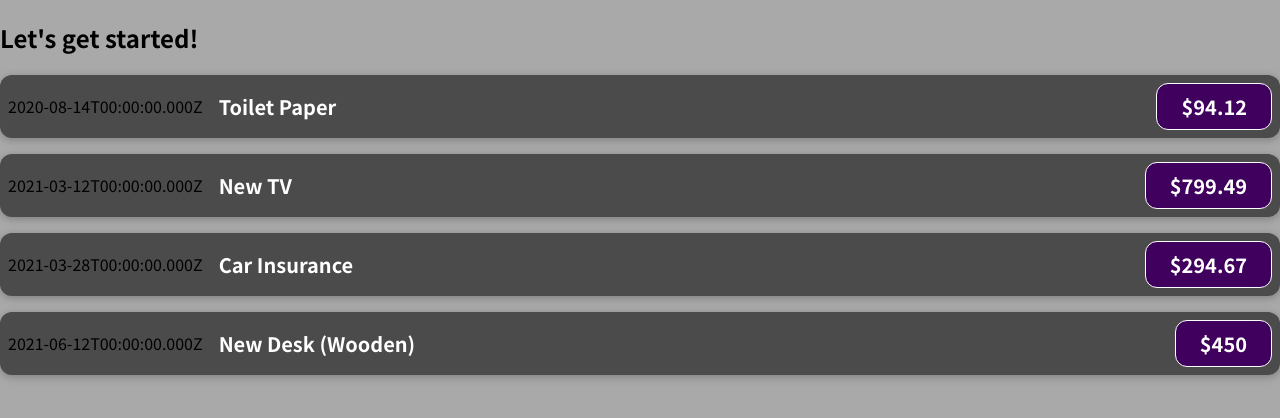
Repository: otvertka/MSC
Page: /
These files come from the project's save history. The page is drawn as it stood at one moment and after a run of saves; the edit follows.
The browser window is 1280 px wide. The pictures show the whole page.
The project was rebuilt for these pictures with package versions that can differ from the ones it lists, and the page was loaded fresh each time.

Above is the page before, as saved 2023-06-18 10:51:23.

After the next 4 saves:
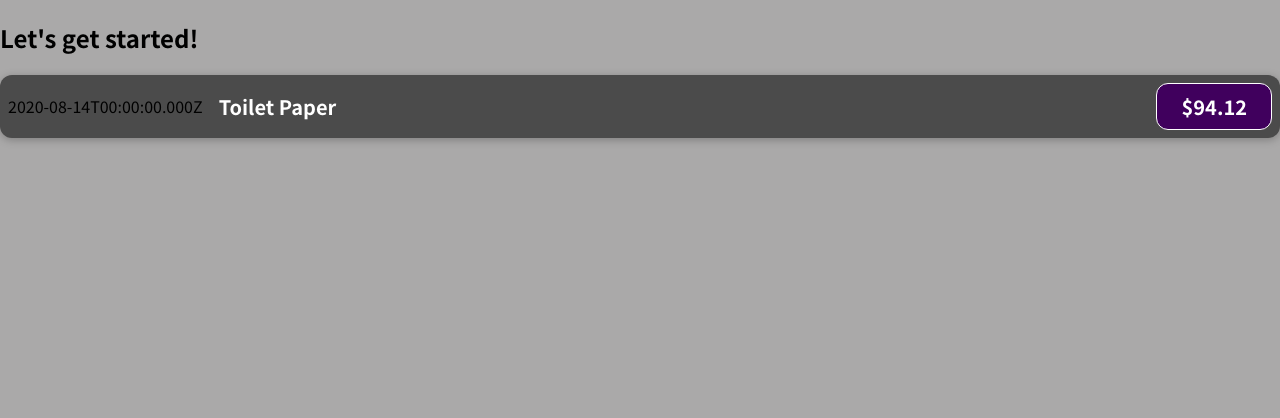
The 4 saves are shown as one change because 3 did not build or start.
The last was saved 7 min 55 s later.
--- a/src/App.js
+++ b/src/App.js
@@ -26,12 +26,8 @@
   return (
     <div>
       <h2>Let's get started!</h2>
-      <ExpenseItem
-        title={expenses[0].title}
-        amount={expenses[0].amount}
-        date={expenses[0].date}
-      />
-      <ExpenseItem
+      <ExpenseItem expense={expenses[0]} />
+      {/* <ExpenseItem
         title={expenses[1].title}
         amount={expenses[1].amount}
         date={expenses[1].date}
@@ -45,7 +41,7 @@
         title={expenses[3].title}
         amount={expenses[3].amount}
         date={expenses[3].date}
-      />
+      /> */}
     </div>
   );
 }
--- a/src/components/ExpenseItem.js
+++ b/src/components/ExpenseItem.js
@@ -4,10 +4,10 @@
   return (
     //
     <div className="expense-item">
-      <div>{props.date.toISOString()}</div>
+      <div>{props.expense.date.toISOString()}</div>
       <div className="expense-item__description">
-        <h2>{props.title}</h2>
-        <div className="expense-item__price">${props.amount}</div>
+        <h2>{props.expense.title}</h2>
+        <div className="expense-item__price">${props.expense.amount}</div>
       </div>
     </div>
   );

After the 2 saves that followed:
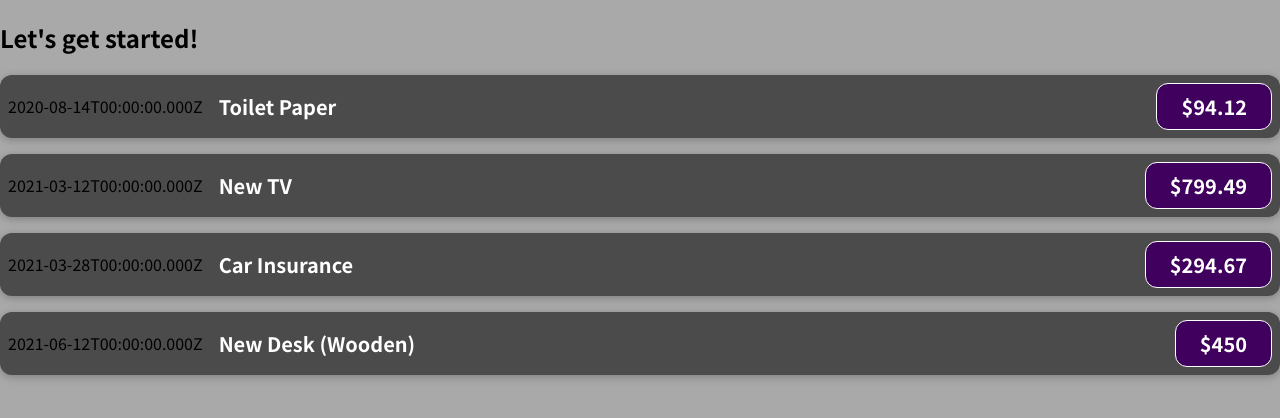
The 2 saves are shown as one change because 1 did not build or start.
The last was saved 4 min 56 s later.
--- a/src/App.js
+++ b/src/App.js
@@ -26,8 +26,12 @@
   return (
     <div>
       <h2>Let's get started!</h2>
-      <ExpenseItem expense={expenses[0]} />
-      {/* <ExpenseItem
+      <ExpenseItem
+        title={expenses[0].title}
+        amount={expenses[0].amount}
+        date={expenses[0].date}
+      />
+      <ExpenseItem
         title={expenses[1].title}
         amount={expenses[1].amount}
         date={expenses[1].date}
@@ -41,7 +45,7 @@
         title={expenses[3].title}
         amount={expenses[3].amount}
         date={expenses[3].date}
-      /> */}
+      />
     </div>
   );
 }
--- a/src/components/ExpenseItem.js
+++ b/src/components/ExpenseItem.js
@@ -4,10 +4,10 @@
   return (
     //
     <div className="expense-item">
-      <div>{props.expense.date.toISOString()}</div>
+      <div>{props.date.toISOString()}</div>
       <div className="expense-item__description">
-        <h2>{props.expense.title}</h2>
-        <div className="expense-item__price">${props.expense.amount}</div>
+        <h2>{props.title}</h2>
+        <div className="expense-item__price">${props.amount}</div>
       </div>
     </div>
   );
